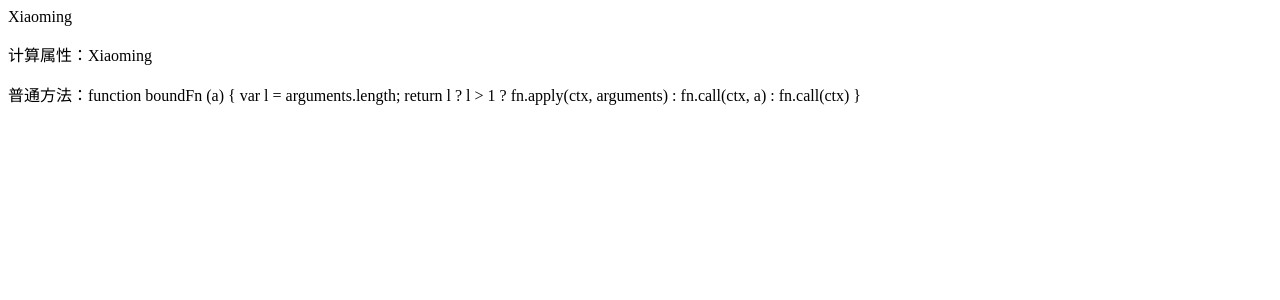
Repository: xiemin2161/mytest
Page: 01-计算属性.html
An editor plug-in stored every save of this project. The page is shown before and after the next save, followed by the edit.
The browser window is 1280 px wide. The pictures show the whole page.

Above is the page before, as saved 2023-02-01 14:11:21.

After the next save:
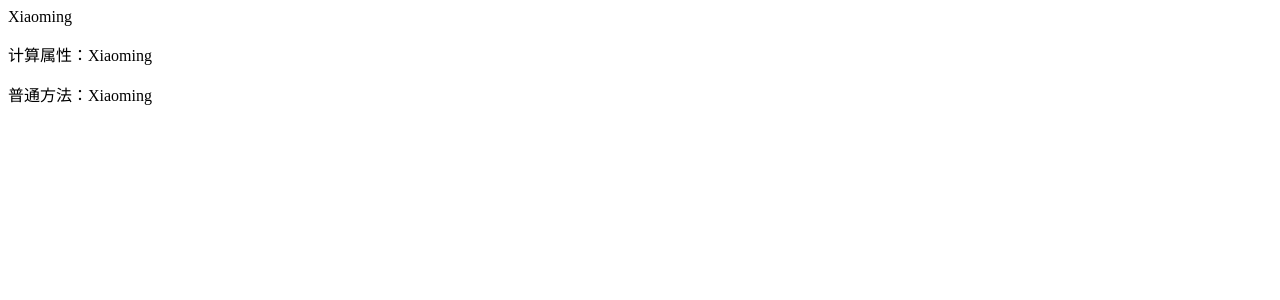
Saved 5 s later.
--- a/01-计算属性.html
+++ b/01-计算属性.html
@@ -13,7 +13,7 @@
     <div id="box">
       {{myname.substring(0,1).toUpperCase() + myname.substring(1)}}
       <p>计算属性：{{getMyName}}</p>
-      <p>普通方法：{{getMyNameMethod}}</p>
+      <p>普通方法：{{getMyNameMethod()}}</p>
     </div>
 
     <script type="text/javascript">
